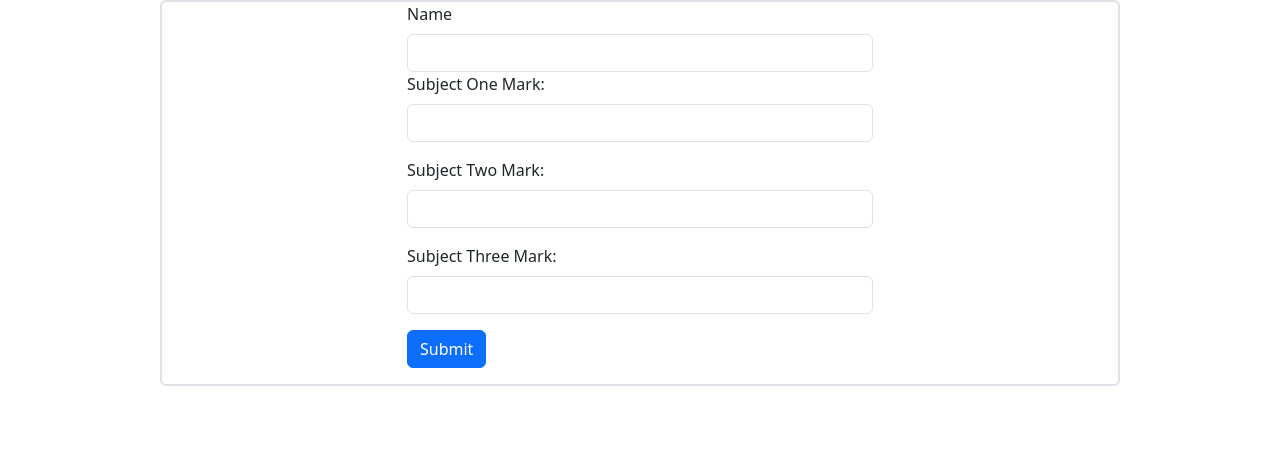
Repository: RG4025/AdvanceJava
Page: ClassWorkFeb15/src/main/webapp/grade.html
These files come from the project's save history. The page is drawn as it stood at one moment and after the next save; the edit follows.
The browser window is 1280 px wide. The pictures show the whole page.

Above is the page before, as saved 2024-02-15 07:03:47.

After the next save:
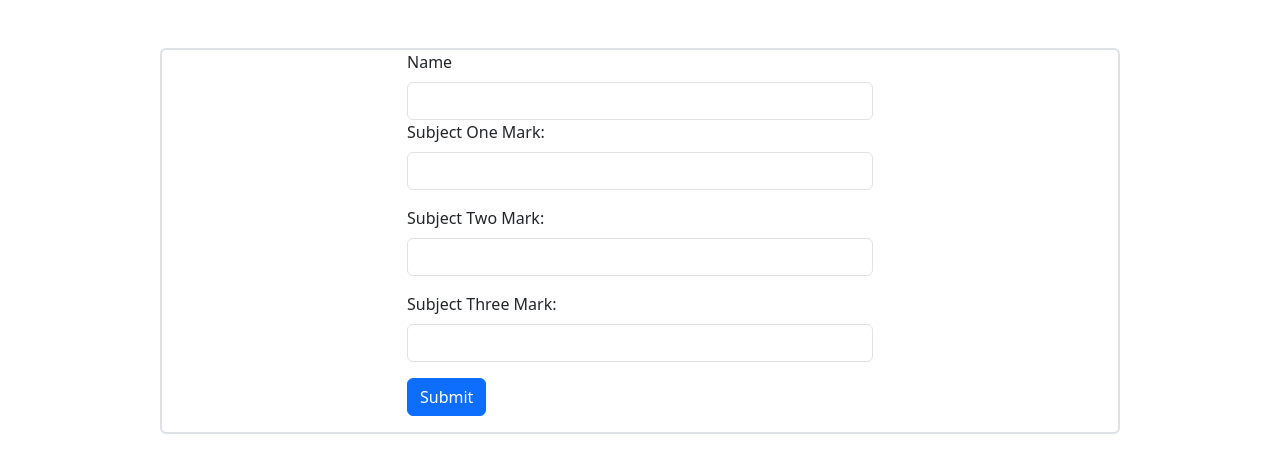
Saved 24 s later.
--- a/ClassWorkFeb15/src/main/webapp/grade.html
+++ b/ClassWorkFeb15/src/main/webapp/grade.html
@@ -14,7 +14,7 @@
   <body>
 
 
-				<section class="w-75  mx-auto d-flex justify-content-center align-items-center">
+				<section class="w-75 py-5  mx-auto d-flex justify-content-center align-items-center">
 
 					<div class="Main2 mx-auto container border border-2 roundes rounded-2 ">
 						<form class="col-12 col-md-6 mx-auto" method="post" action="GradeCalculatr">
